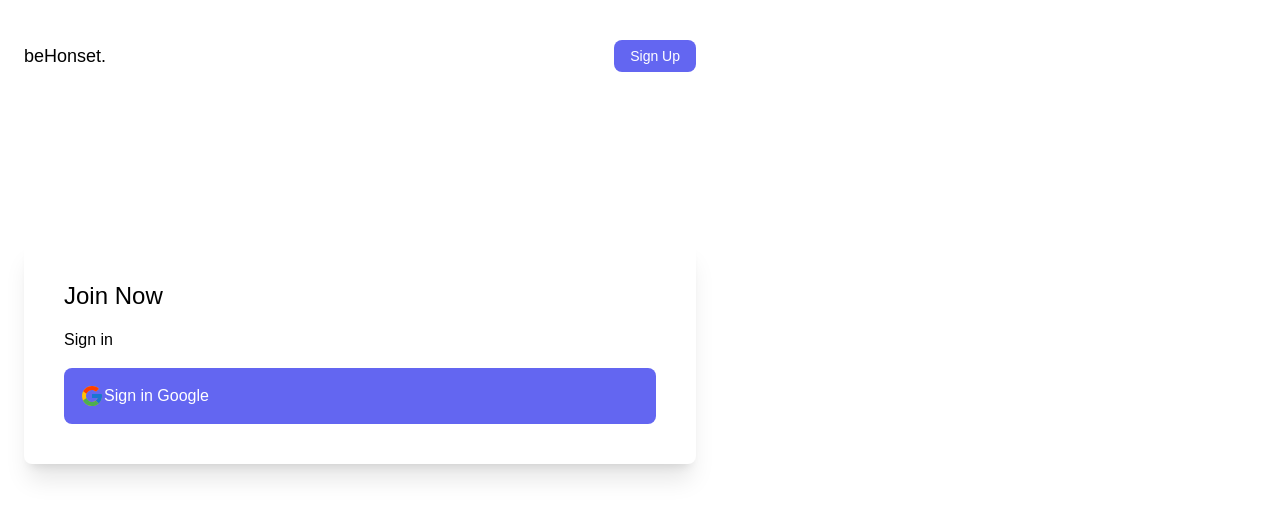
Repository: aidenfine/be-honset
Page: /login
An editor plug-in stored every save of this project. The page is shown before and after the next save, followed by the edit.
The browser window is 1280 px wide. The pictures show the whole page.
The project was rebuilt for these pictures with package versions that can differ from the ones it lists, and the page was loaded fresh each time. The framework's server and built-in components were replaced by stand-ins that run in the browser. Also part of the build but not shown: next.config.js.

Above is the page before, as saved 2022-10-26 18:46:08.

### pages/_app.js
import '../styles/globals.css'
import Layout from '../components/layout'

function MyApp({ Component, pageProps }) {
  return(
    <Layout>
      <Component {...pageProps} />
    </Layout>

  )
}

export default MyApp

### pages/login.js
import { FcGoogle } from "react-icons/fc"
export default function Login(){
    return(
        <div className="shadow-xl mt-32 p-10 text-black rounded-lg bg-white">
            <h2 className="text-2xl font-medium">Join Now</h2>
            <div>
                <h3 className="py-4">Sign in</h3>
                <button className="text-white bg-indigo-500 w-full font font-medium rounded-lg flex align-middle p-4"><FcGoogle className="text-2xl"/>Sign in Google</button>
            </div>
        </div>

    )
}

### styles/globals.css
@tailwind base;
@tailwind components;
@tailwind utilities;


* {
  font-family: 'Montserrat', sans-serif;

}

### components/layout.js
import Nav from "./Nav";

export default function Layout({ children }){
    return(
        <div className="mx-6 md:max-w-2xl md-mx-auto font-montserrat">
            <Nav />
            <main>{children}</main>
        </div>
    )
}

### components/Nav.js
import Link from "next/link"

export default function Nav(){

    return(
        <nav className="flex justify-between items-center py-10">
            <Link href="/">
            <button className="text-lg font-medium text-black opacity-87" >beHonset.</button>
            </Link>
            <ul className="flex items-center gap-10">
                <Link href={"/login"} className="py-1.5 px-4 text-sm bg-indigo-500 text-white opacity-87 rounded-lg font-medium ml-8">Sign Up</Link>
            </ul>

        </nav>
    )
}

### tailwind.config.js
/** @type {import('tailwindcss').Config} */
module.exports = {
  content: [
    "./pages/**/*.{js,ts,jsx,tsx}",
    "./components/**/*.{js,ts,jsx,tsx}",
  ],
  darkMode: 'class',
  theme: {
    extend: {
      fontFamily: {
        montserrat: 'Montserrat',
      }
    },
  },
  plugins: [],
}

After the next save:
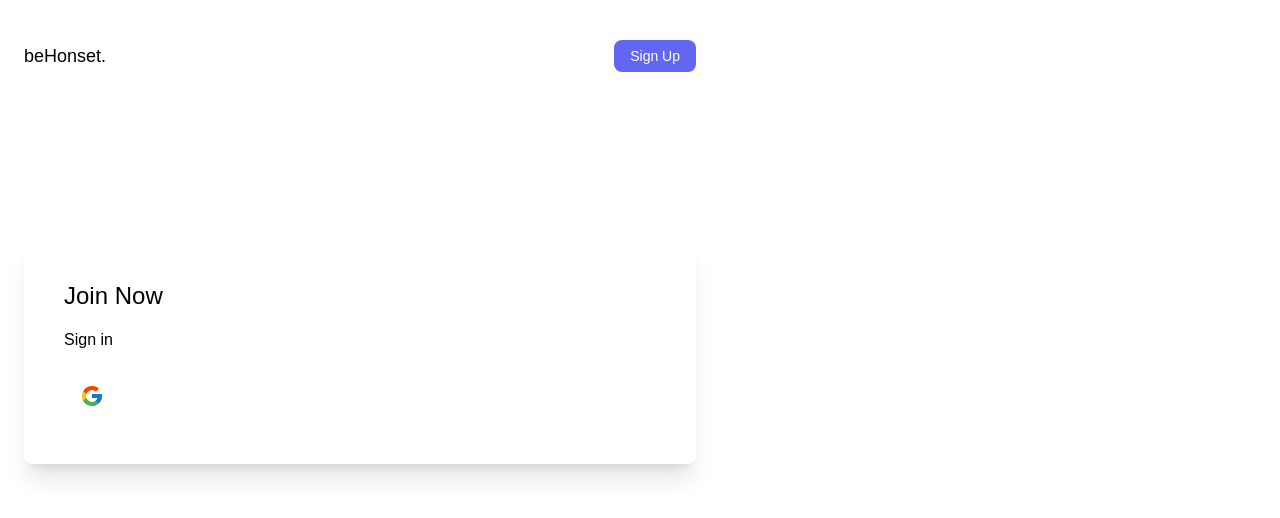
Saved 6 s later.
--- a/pages/login.js
+++ b/pages/login.js
@@ -5,7 +5,7 @@
             <h2 className="text-2xl font-medium">Join Now</h2>
             <div>
                 <h3 className="py-4">Sign in</h3>
-                <button className="text-white bg-indigo-500 w-full font font-medium rounded-lg flex align-middle p-4"><FcGoogle className="text-2xl"/>Sign in Google</button>
+                <button className="text-white bg-grey-700 w-full font font-medium rounded-lg flex align-middle p-4"><FcGoogle className="text-2xl"/>Sign in Google</button>
             </div>
         </div>
 

After the 4 saves that followed:
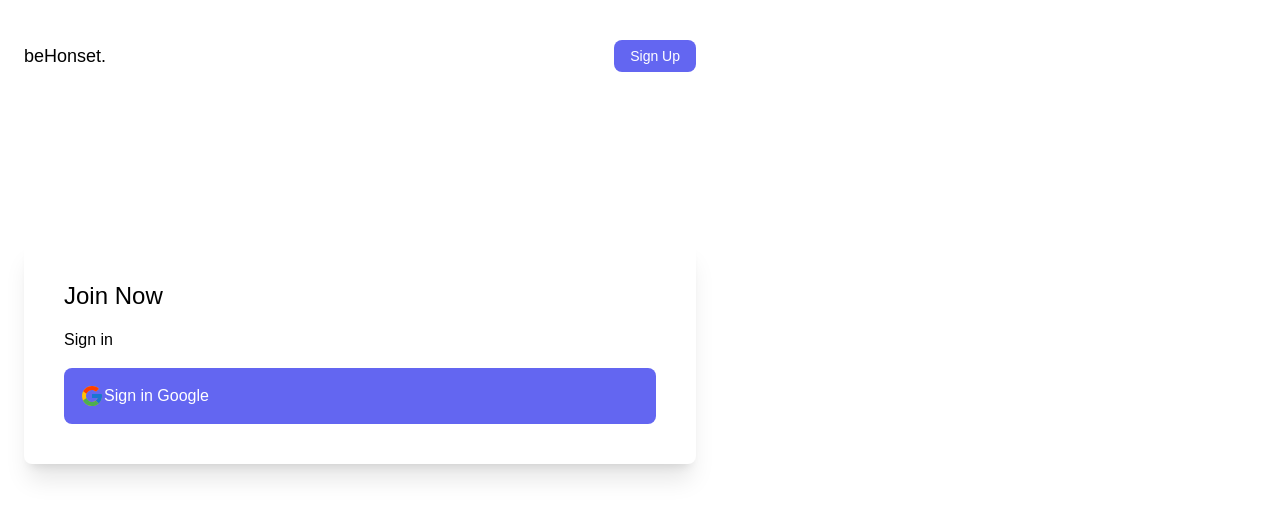
The 4 saves are shown as one change because 1 left the picture as it was and some came seconds apart.
The last was saved 24 s later.
--- a/pages/login.js
+++ b/pages/login.js
@@ -5,7 +5,7 @@
             <h2 className="text-2xl font-medium">Join Now</h2>
             <div>
                 <h3 className="py-4">Sign in</h3>
-                <button className="text-white bg-grey-700 w-full font font-medium rounded-lg flex align-middle p-4"><FcGoogle className="text-2xl"/>Sign in Google</button>
+                <button className="text-white bg-indigo-500 w-full font font-medium rounded-lg flex align-middle p-4"><FcGoogle className="text-2xl"/>Sign in Google</button>
             </div>
         </div>
 
